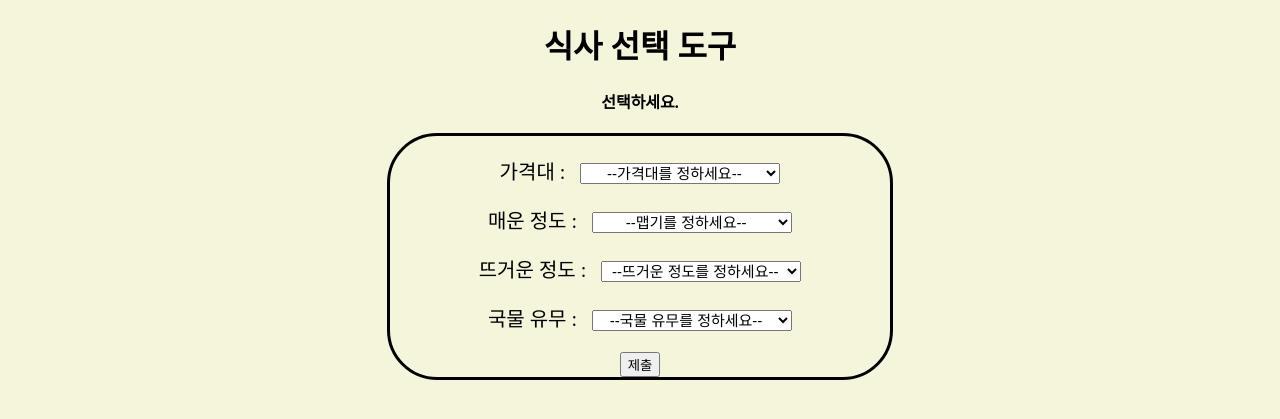
Repository: kimgh06/JavaWeb
Page: http://localhost/what/
These files come from the project's save history. The page is drawn as it stood at one moment and after the next save; the edit follows.
The browser window is 1280 px wide. The pictures show the whole page.
The page is served by Tomcat 9.

Above is the page before, as saved 2022-11-04 01:04:11.

After the next save:
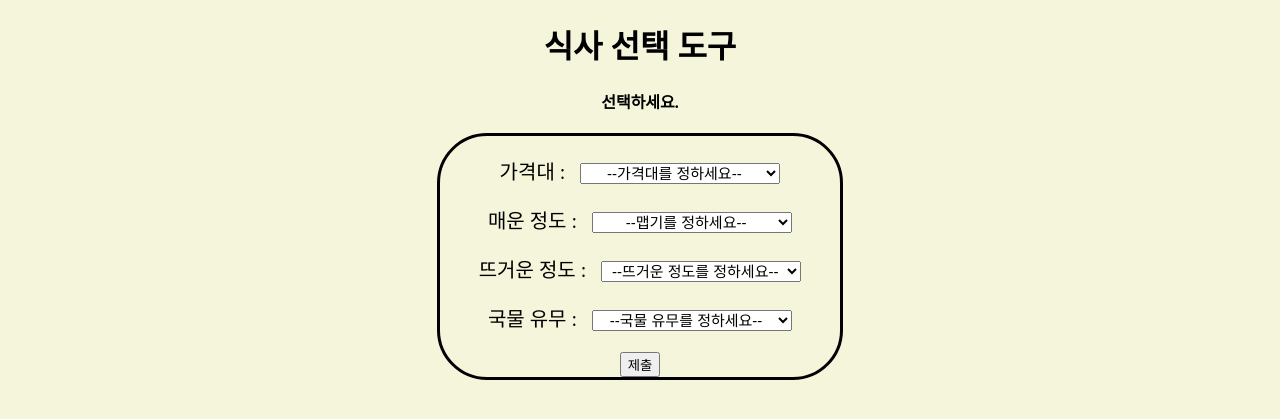
Saved 43 s later.
--- a/what/src/main/webapp/main.css
+++ b/what/src/main/webapp/main.css
@@ -14,7 +14,7 @@ body{
 }
 
 #form{
-	width: 500px;
+	width: 400px;
 	display: block;
 	border: 3px solid black;
 	border-radius: 50px;
